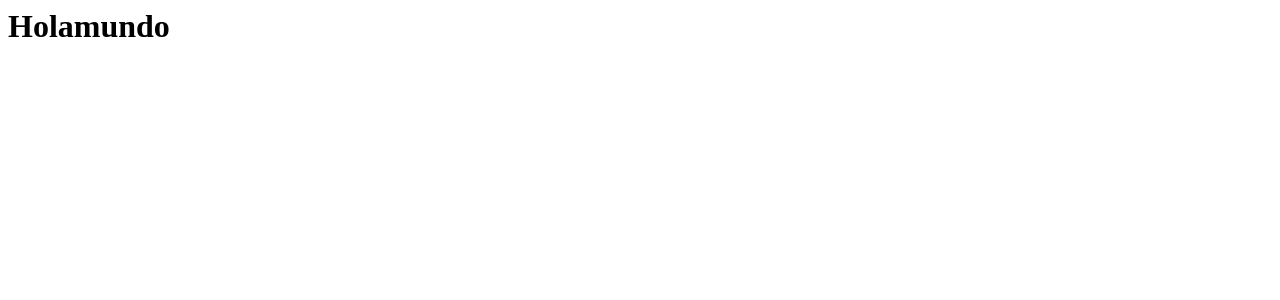
Repository: Daniel-gc271/Acceso-a-datos
Page: http://localhost/webapp-example/Ej2
An editor plug-in stored every save of this project. The page is shown before and after the next save, followed by the edit.
The browser window is 1280 px wide. The pictures show the whole page.
The page is served by Tomcat 10.

Above is the page before, as saved 2026-09-30 11:05:06.

After the next save:
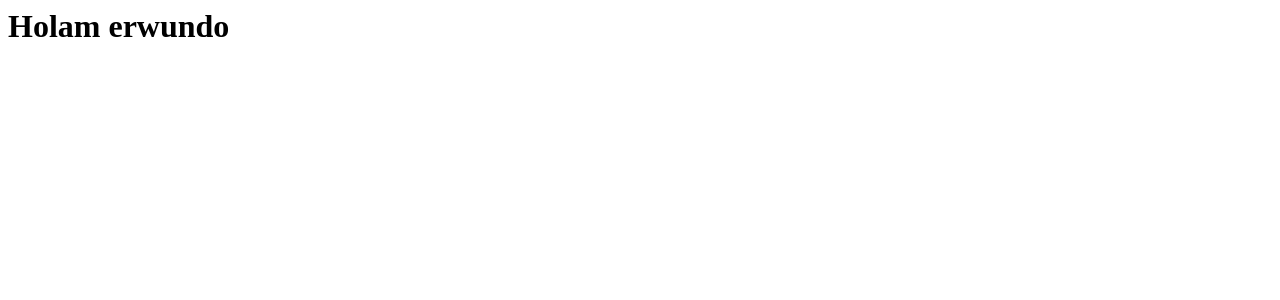
Saved 28 s later.
--- a/webapp-example/src/main/java/Ej2.java
+++ b/webapp-example/src/main/java/Ej2.java
@@ -29,7 +29,7 @@ public class Ej2 extends HttpServlet {
 		// TODO Auto-generated method stub
 		response.setContentType("text/html");
 		response.getWriter().append("<html>").append("<body>")
-		.append("<h1>Holamundo</h1>").append("</body>").append("</html>");
+		.append("<h1>Holam erwundo</h1>").append("</body>").append("</html>");
 	}
 
 }
